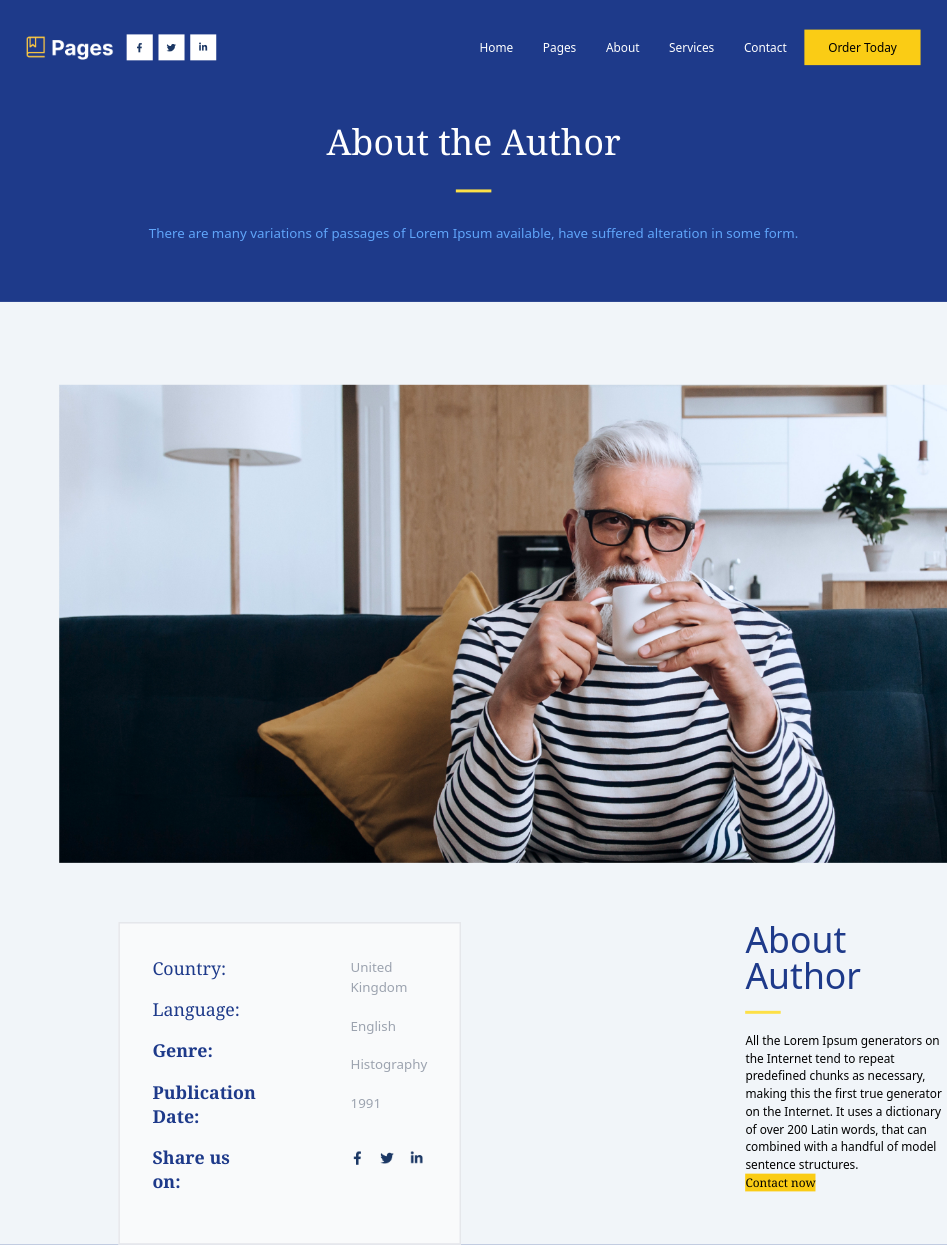
Repository: Godnorg/Class3
Page: index.html
These files come from the project's save history. The page is drawn as it stood at one moment and after the next save; the edit follows.
The browser window is 1280 px wide. The pictures show the whole page, at 74% of full size.
Some web libraries are served in a nearby version.

Above is the page before, as saved 2023-02-20 03:09:18.

### index.html
<!DOCTYPE html>
<html lang="en">
<head>
    <meta charset="UTF-8">
    <meta http-equiv="X-UA-Compatible" content="IE=edge">
    <meta name="viewport" content="width=device-width, initial-scale=1.0">
    <title>Class3</title>
    <script src="https://cdn.tailwindcss.com"></script>
</head>
<body class="w-full bg-blue-900">
<div class="flex items-center justify-between w-full pt-10 mx-auto px-9 max-w-7xl">
    <div class="flex gap-4 ">
    <img src="./Logo.png">
    <img src="./soc-icons.png" class="h-9">
    </div>
    <div class="flex gap-6">
        <ul class="flex items-center gap-10 text-white">
            <li><a href="#">Home</a></li>
            <li><a href="#">Pages</a></li>
            <li><a href="#">About</a></li>
            <li><a href="#">Services</a></li>
            <li><a href="#">Contact</a></li>
        </ul>
        <button class="px-8 py-3 mx-auto bg-yellow-400 font-sans-serif">Order Today</button>
    </div>
    </div>
    <div class="items-center mx-auto">
    <h1 class="items-center pt-20 pb-10 font-serif text-5xl text-center text-white">About the Author</h1>
        <div
            class="items-center w-12 h-1 mx-auto text-center bg-yellow-300">
        </div>
        <p class="items-center pt-10 pb-20 mx-auto text-lg text-center text-blue-400">There are many variations of passages of Lorem Ipsum available, have suffered alteration in some form.</p>
    </div>

    <div class= " bg-slate-100">
        <div class="relative w-full pb-20 pl-20 mx-auto pt-28 max-w-7xl">
        <img src="./oldman2.jpg">
        </div>
        <div class="flex">
        <div class="max-w-xl ml-40 mr-96 bg-gray-50">
            <div class="flex mt-0 border-2 pt-11 px-11 pb-11">
                <div class="pr-32">
                <h2 class="pb-6 font-serif text-2xl font-medium text-blue-900">Country:</h2>
                <h2 class="pb-6 font-serif text-2xl text-blue-900 font-bod">Language:</h2>
                <h2 class="pb-6 font-serif text-2xl font-bold text-blue-900">Genre:</h2>
                <h2 class="pb-6 font-serif text-2xl font-bold text-blue-900">Publication Date:</h2>
                <h2 class="pb-6 font-serif text-2xl font-bold text-blue-900">Share us on:</h2>
                </div>
                <div class="p-0">
                <p class="inline-flex pb-6 pr-0 text-lg text-gray-400 ">United Kingdom</p>
                <p class="pb-6 pr-0 text-lg text-gray-400">English</p>
                <p class="pb-6 pr-0 text-lg text-gray-400">Histography</p>
                <p class="pb-6 pr-0 text-lg text-gray-400">1991</p>
                <img src="./socialmedia.png" class="pb-6 pr-0 pt-7">
                </div>
            </div>
        </div>
        <div class="mx-auto">
          <h1 class="text-5xl text-blue-900 ">About Author</h1>
          <div class="w-12 h-1 my-6 bg-yellow-300"></div>
          <p>All the Lorem Ipsum generators on the Internet tend to repeat predefined chunks as necessary, making this the first true generator on the Internet. It uses a dictionary of over 200 Latin words, that can combined with a handful of model sentence structures.</p>
          <button class="mx-auto font-serif bg-yellow-400 p5 mt-px-16">Contact now</button>
        </div>
    </div>
</div>

</body>
</html>

After the next save:
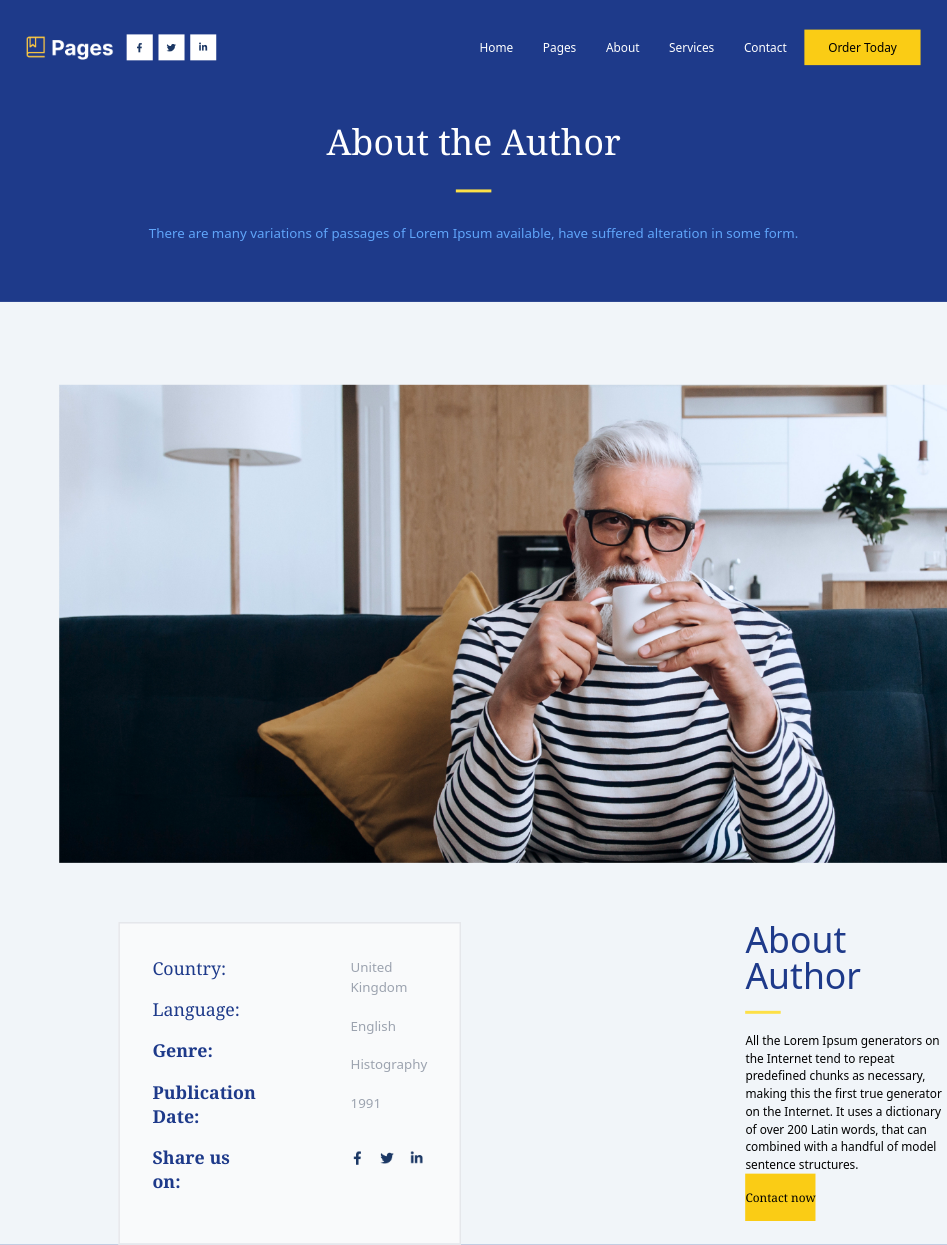
Saved 12 s later.
--- a/index.html
+++ b/index.html
@@ -59,7 +59,7 @@
           <h1 class="text-5xl text-blue-900 ">About Author</h1>
           <div class="w-12 h-1 my-6 bg-yellow-300"></div>
           <p>All the Lorem Ipsum generators on the Internet tend to repeat predefined chunks as necessary, making this the first true generator on the Internet. It uses a dictionary of over 200 Latin words, that can combined with a handful of model sentence structures.</p>
-          <button class="mx-auto font-serif bg-yellow-400 p5 mt-px-16">Contact now</button>
+          <button class="py-5 mx-auto font-serif bg-yellow-400 mt-px-16">Contact now</button>
         </div>
     </div>
 </div>
